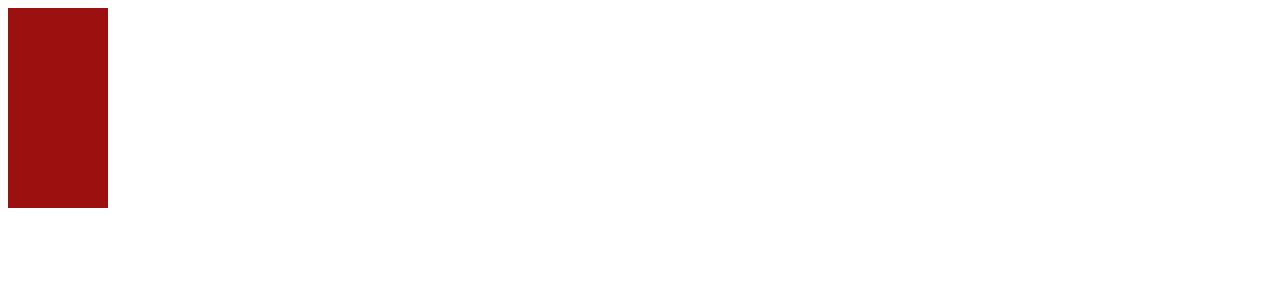
Repository: fox-summer/css-
Page: pc两栏自适应.html
The author's editor kept a copy of each file at every save. The page is drawn from the files as they stood at one save, then again after the next save.
The browser window is 1280 px wide. The pictures show the whole page.

Above is the page before, as saved 2022-05-28 16:19:30.

### pc两栏自适应.html
<!DOCTYPE html>
<html lang="en">
  <head>
    <meta charset="UTF-8" />
    <meta http-equiv="X-UA-Compatible" content="IE=edge" />
    <meta name="viewport" content="width=device-width, initial-scale=1.0" />
    <title>Document</title>
    <style>
      .left {
        width: 100px;
        height: 200px;
        float: left;
        background-color: rgb(157, 16, 16);
      }
      .center {
        width: 100%;
        float: right;
        background-color: rgb(109, 24, 195);
      }
    </style>
  </head>
  <body>
    <div class="left"></div>
    <div class="center"></div>
  </body>
</html>

After the next save:
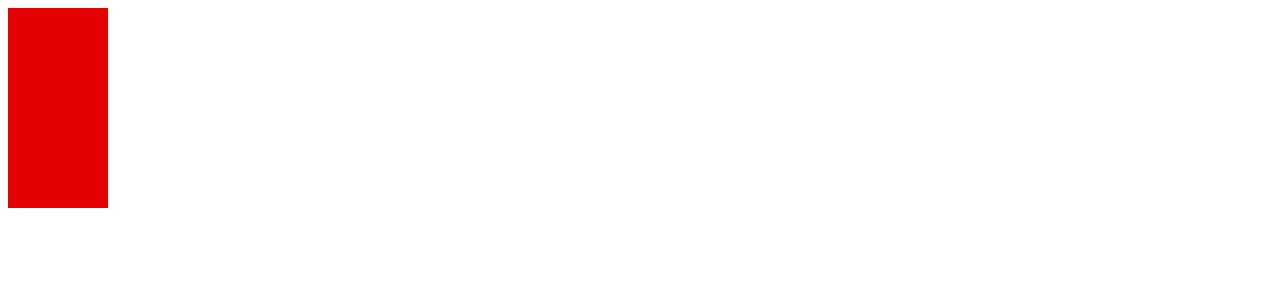
Saved 6 s later.
--- a/pc两栏自适应.html
+++ b/pc两栏自适应.html
@@ -10,7 +10,7 @@
         width: 100px;
         height: 200px;
         float: left;
-        background-color: rgb(157, 16, 16);
+        background-color: rgb(228, 1, 1);
       }
       .center {
         width: 100%;
